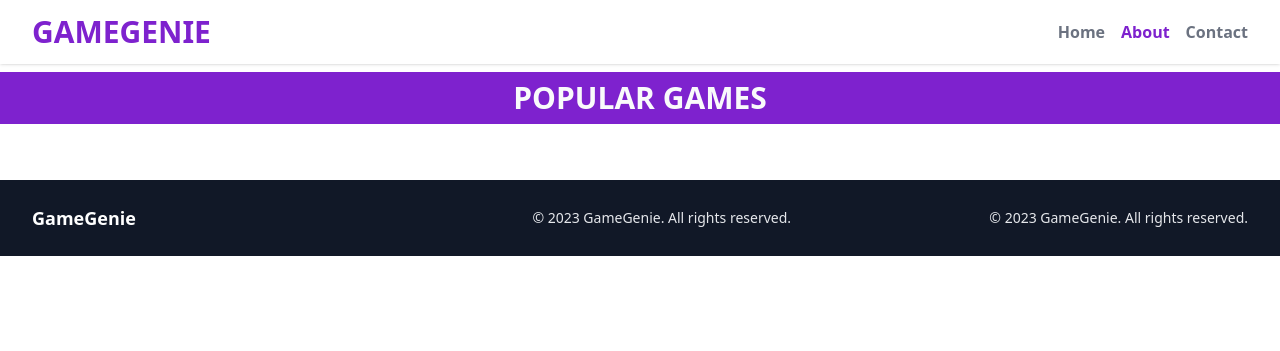
Repository: mfaeezshabbir/Gamegenie
Page: /allGames
These files come from the project's save history. The page is drawn as it stood at one moment and after the next save; the edit follows.
The browser window is 1280 px wide. The pictures show the whole page.
The page's requests for data from a server got no answer. The project was rebuilt for these pictures with package versions that can differ from the ones it lists, and the page was loaded fresh each time. The framework's server and built-in components were replaced by stand-ins that run in the browser. No one was signed in, and anything a server would have sent is missing. Also part of the build but not shown: next.config.js, components/GameCard/GameCard.jsx.

Above is the page before, as saved 2023-04-18 16:19:11.

After the next save:
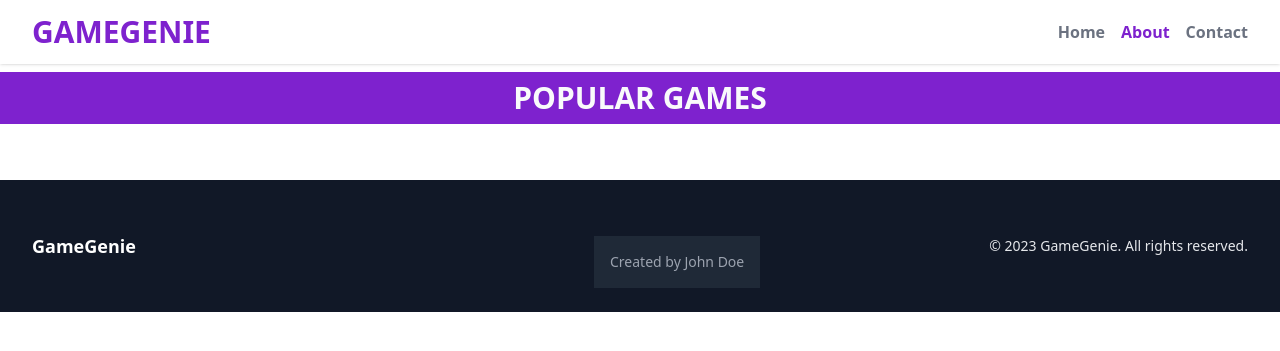
Saved 40 s later.
--- a/components/Footer/Footer.jsx
+++ b/components/Footer/Footer.jsx
@@ -18,9 +18,12 @@ function Footer() {
             </li> */}
           </ul>
         </div>
-        <div className="text-gray-200 text-center text-sm">
-          &copy; 2023 GameGenie. All rights reserved.
-        </div>
+        <div className="bg-gray-800 p-4 mt-8">
+  <div className="container mx-auto text-center text-gray-400 text-sm">
+    <p>Created by John Doe</p>
+  </div>
+</div>
+
         <div className="text-gray-200 text-center text-sm">
           &copy; 2023 GameGenie. All rights reserved.
         </div>
